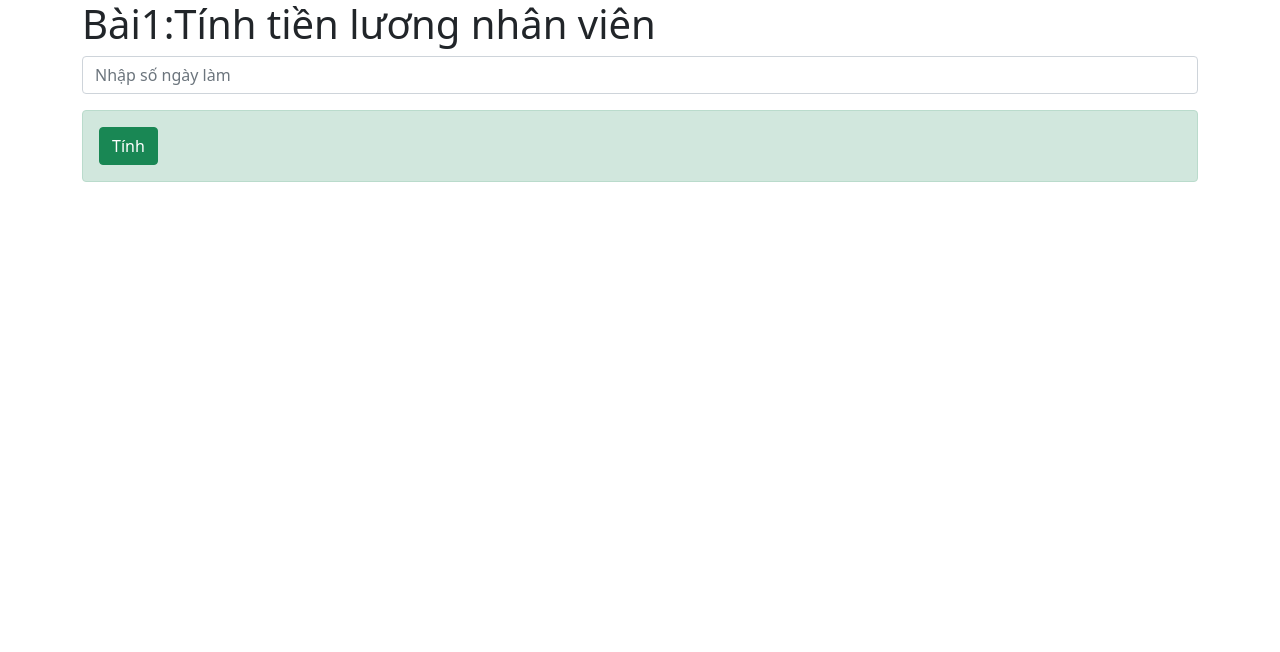
Repository: qkhanh1104k/Js-buoi2-3_giaodienbuoi1
Page: index.html
These files come from the project's save history. The page is drawn as it stood at one moment and after the next save; the edit follows.
The browser window is 1280 px wide. The pictures show the whole page.

Above is the page before, as saved 2022-07-21 10:20:47.

### index.html
<!DOCTYPE html>
<html lang="en">
<head>
    <meta charset="UTF-8">
    <meta http-equiv="X-UA-Compatible" content="IE=edge">
    <meta name="viewport" content="width=device-width, initial-scale=1.0">
    <title>Document</title>
    <link href="https://cdn.jsdelivr.net/npm/bootstrap@5.1.3/dist/css/bootstrap.min.css" rel="stylesheet" integrity="sha384-1BmE4kWBq78iYhFldvKuhfTAU6auU8tT94WrHftjDbrCEXSU1oBoqyl2QvZ6jIW3" crossorigin="anonymous">
</head>
<body>
    <div class="container">
        <h1>Bài1:Tính tiền lương nhân viên</h1>
        <div>
            <input type="text" id="txtNum" class="form-control mb-3" placeholder="Nhập số ngày làm">
            <div class="alert alert-success" id="resultBT1">
                <button class="btn btn-success" onclick="demoWhile()">Tính</button>
            </div>

        </div>

    </div>

    <script src="./index.js"></script>
</body>
</html>

### index.js
// bai tap 1
 /* input:lương 1 ngày, số ngày làm
    process:
    1.lấy input
    2.tính lương= số ngày *lương 1 ngày
    3.log ra màn hình
    output:tiền lương
  */
function demoWhile(){
    var value = +document.getElementById("txtNum").value;
    var salaryPerDay = 200000;
    var salary = value*salaryPerDay;
    document.getElementById("resultBT1").innerHTML= salary;
}

After the next save:
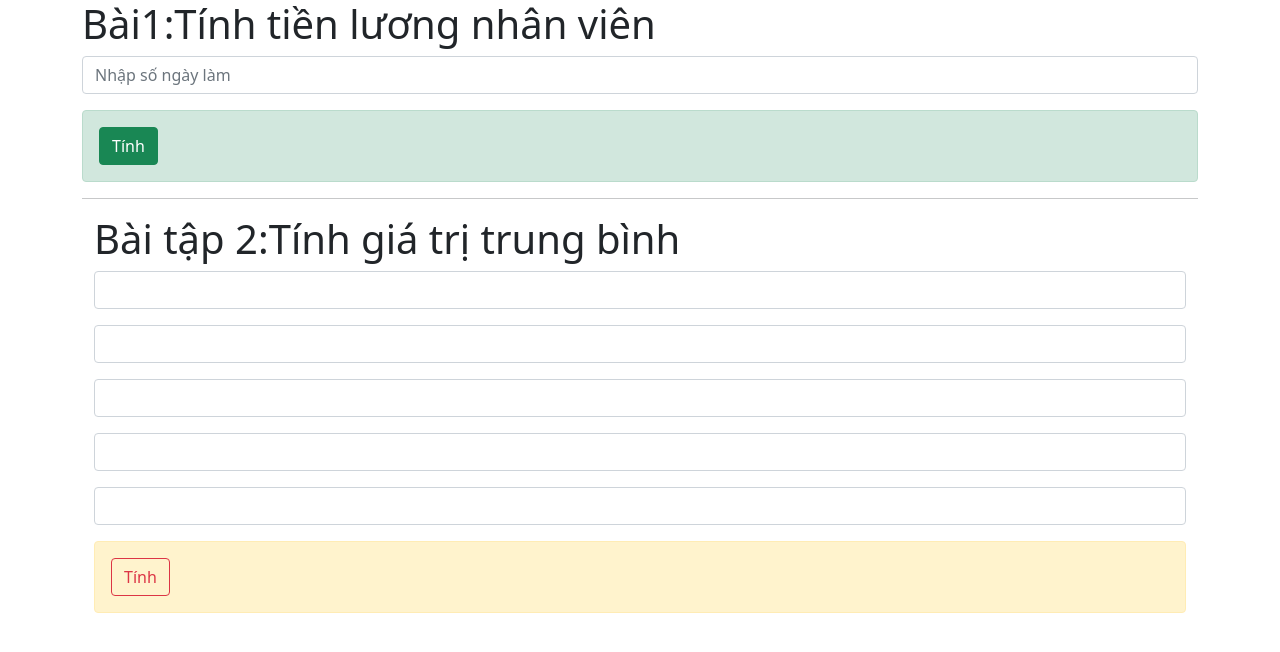
Saved 8 min 5 s later.
--- a/index.html
+++ b/index.html
@@ -15,10 +15,23 @@
             <div class="alert alert-success" id="resultBT1">
                 <button class="btn btn-success" onclick="demoWhile()">Tính</button>
             </div>
+        </div>
+        <hr>
+        <div class="container">
+            <h1>Bài tập 2:Tính giá trị trung bình </h1>
+            <div>
+                <input type="text" id="txtNum1Bt2" class="form-control mb-3" >
+                <input type="text" id="txtNum2Bt2" class="form-control mb-3" >
+                <input type="text" id="txtNum3Bt2" class="form-control mb-3" >
+                <input type="text" id="txtNum4Bt2" class="form-control mb-3" >
+                <input type="text" id="txtNum5Bt2" class="form-control mb-3" >
+                <div class="alert alert-warning " id="resBt2">
+                    <button class="btn btn-outline-danger" onclick="calcAvarage5()">Tính</button>
+                </div>
+            </div>
+        </div>
+    </div>
 
-        </div>
-
-    </div>
 
     <script src="./index.js"></script>
 </body>
